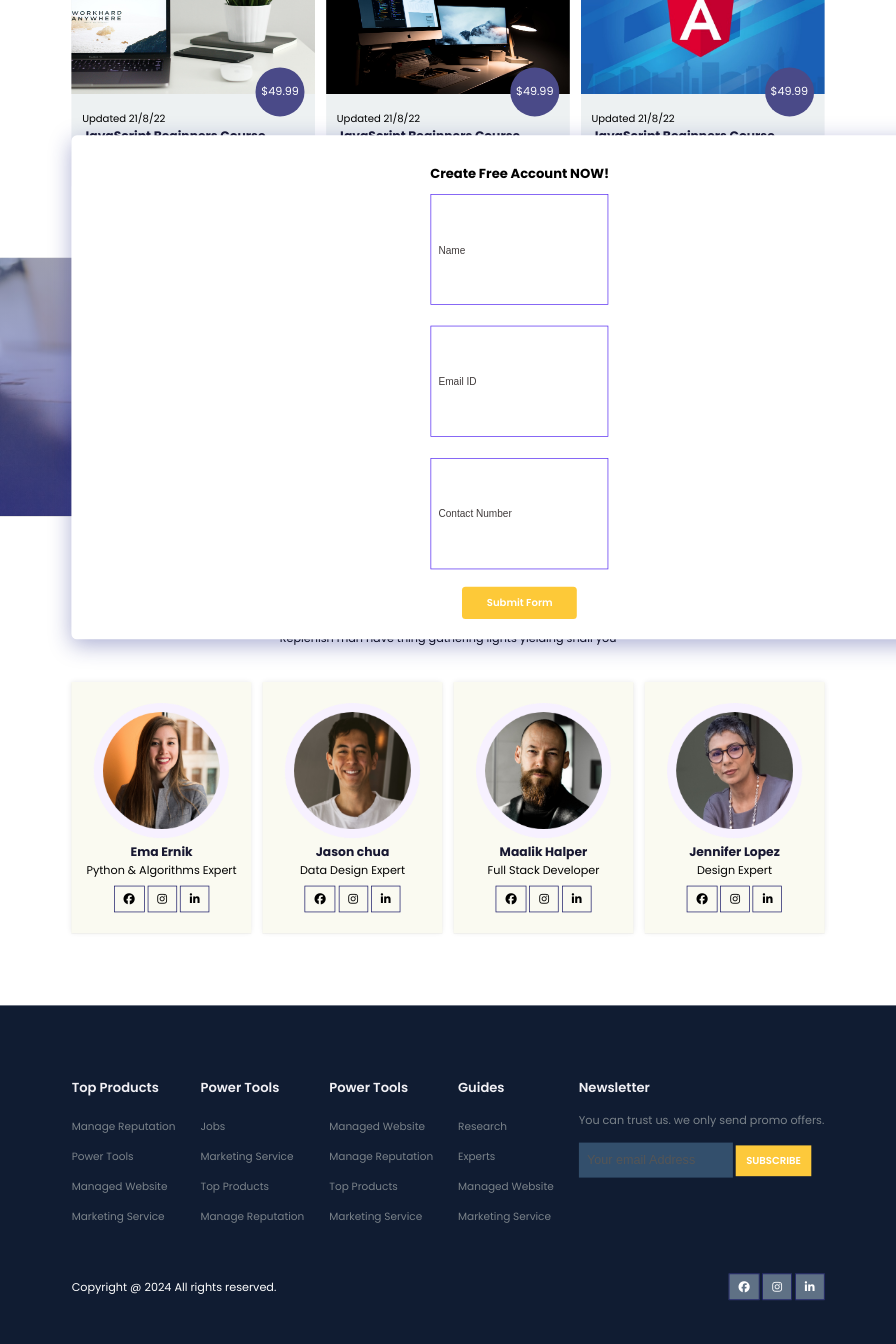
Repository: NamanSahu09/VidyaPreet-Ed-Tech-Website
Page: index.html
An editor plug-in stored every save of this project. The page is shown before and after a run of saves, followed by the edit.
The browser window is 1280 px wide. The pictures show the part of the page from y = 1696 to 3616 px (the page is 3656 px tall), at 70% of full size.
Some web libraries are served in a nearby version.

Above is the page before, as saved 2024-04-11 15:30:33.

After the next 4 saves:
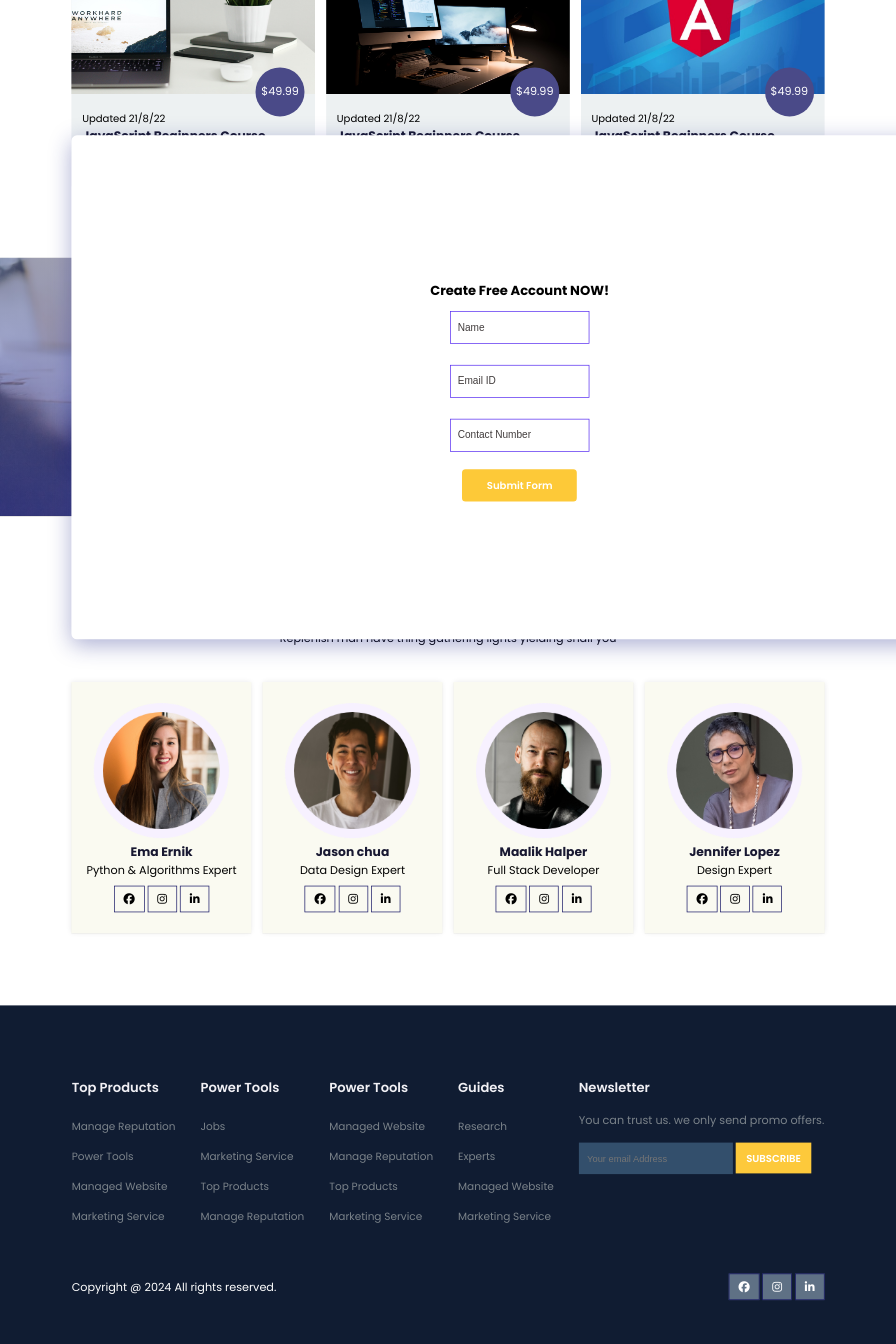
The 4 saves are shown as one change because they came seconds apart.
The last was saved 16 s later.
--- a/style.css
+++ b/style.css
@@ -300,7 +300,7 @@
 	align-items:center;
 	padding: 10px 20px;
 }
-input
+#home input
 {
 	flex: 1;
 	height: 50px;
@@ -311,20 +311,20 @@
 	color:#333;
 }
 
-button
+#home button
 {
 	background:transparent;
 	border:0;
 	outline: 0;
 }
-button .fa-solid
+#home button .fa-solid
 {
 	width:25px;
 	color: #555;
 	cursor: pointer;
 	font-size: 22px;
 }
-::placeholder
+#home ::placeholder
 {
 	color: #555;
 }
